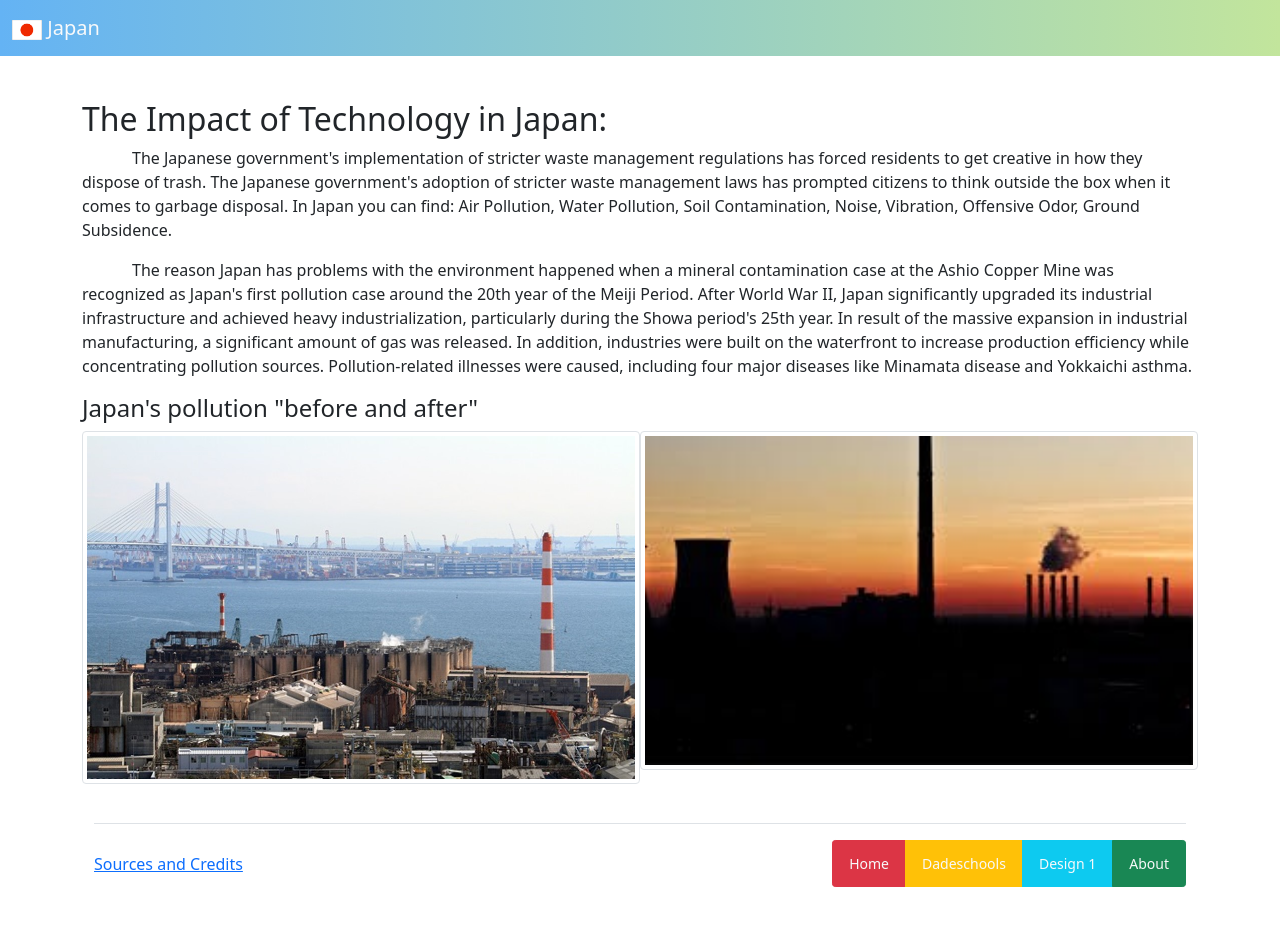
Repository: mrchilliballs/mrchilliballs.github.io
Page: untitled-2.html
An editor plug-in stored every save of this project. The page is shown before and after the next save, followed by the edit.
The browser window is 1280 px wide. The pictures show the whole page.

Above is the page before, as saved 2021-09-03 16:05:04.

After the next save:
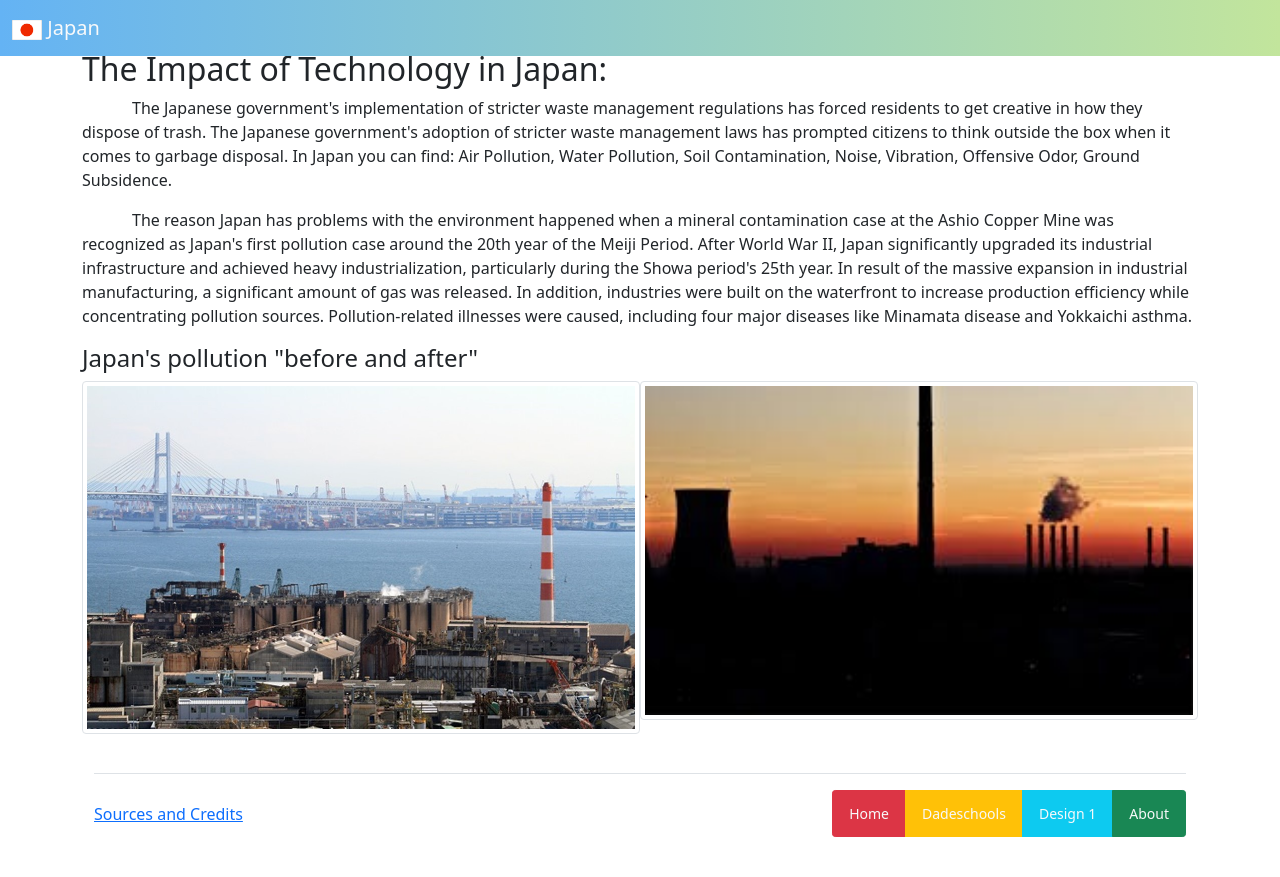
Saved 9 s later.
--- a/untitled-2.html
+++ b/untitled-2.html
@@ -31,7 +31,7 @@
         </div>
       </nav>
     <main class="container">
-<h2 style="margin-top:100px;">The Impact of Technology in Japan:</h2>
+<h2 style="margin-top:50px;">The Impact of Technology in Japan:</h2>
 	<p style="text-indent: 50px;">The Japanese government's implementation of stricter waste management regulations has forced residents to get creative in how they dispose of trash. The Japanese government's adoption of stricter waste management laws has prompted citizens to think outside the box when it comes to garbage disposal. In Japan you can find: Air Pollution, Water Pollution, Soil Contamination, Noise, Vibration, Offensive Odor, Ground Subsidence.
 	<br></p><p style="text-indent: 50px;">The reason Japan has problems with the environment happened when a mineral contamination case at the Ashio Copper Mine was recognized as Japan's first pollution case around the 20th year of the Meiji Period. After World War II, Japan significantly upgraded its industrial infrastructure and achieved heavy industrialization, particularly during the Showa period's 25th year. In result of the massive expansion in industrial manufacturing, a significant amount of gas was released. In addition, industries were built on the waterfront to increase production efficiency while concentrating pollution sources. Pollution-related illnesses were caused, including four major diseases like Minamata disease and Yokkaichi asthma.
     </p>
